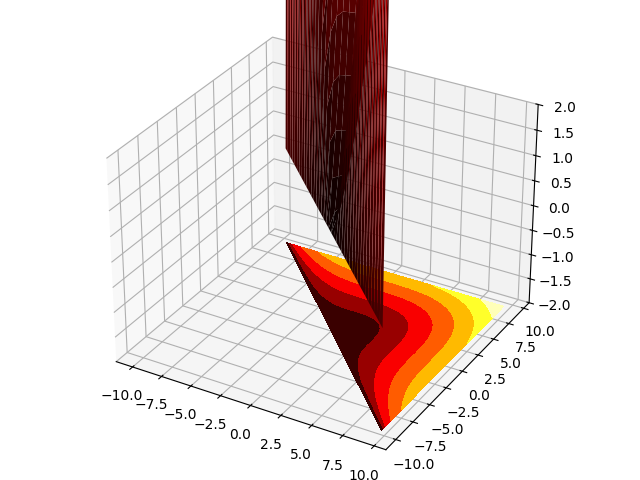
Repository: Jaamunozr/Archivos-python
Script's output: python Archivos Python/Graficas/3d.py
The author's editor kept a copy of each file at every save. The script's output is drawn from the files as they stood at one save, then again after the next save.
Random numbers start from a fixed seed.

Above is the script's output before, as saved 2020-02-18 21:37:45.

### Archivos Python/Graficas/3d.py
import pylab as pl
import numpy as np
from mpl_toolkits.mplot3d import Axes3D

fig = pl.figure()
ax = Axes3D(fig)
X = np.arange(-10, 10, 0.5)
Y = np.arange(-10, 10, 0.5)
X, Y = np.meshgrid(X, Y)
Z = np.sqrt(X ** 3 + Y ** 3)


ax.plot_surface(X, Y, Z, rstride=1, cstride=1, cmap=pl.cm.hot)
ax.contourf(X, Y, Z, zdir='z', offset=-2, cmap=pl.cm.hot)
ax.set_zlim(-2, 2)

pl.show()

After the next save:
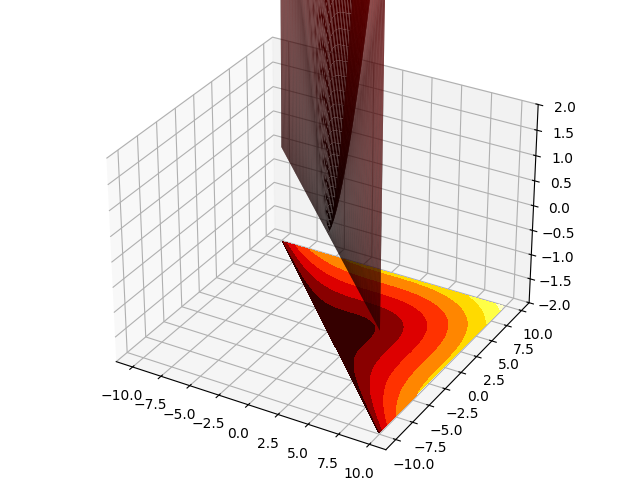
Saved 20 s later.
--- a/Archivos Python/Graficas/3d.py
+++ b/Archivos Python/Graficas/3d.py
@@ -4,8 +4,8 @@ from mpl_toolkits.mplot3d import Axes3D
 
 fig = pl.figure()
 ax = Axes3D(fig)
-X = np.arange(-10, 10, 0.5)
-Y = np.arange(-10, 10, 0.5)
+X = np.arange(-10, 10, 0.125)
+Y = np.arange(-10, 10, 0.125)
 X, Y = np.meshgrid(X, Y)
 Z = np.sqrt(X ** 3 + Y ** 3)
 
